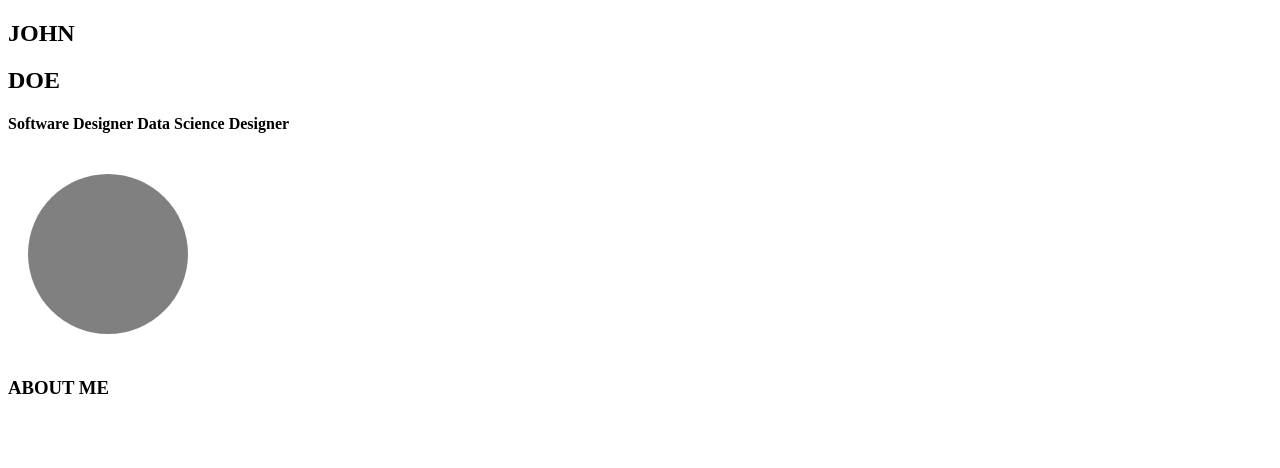
Repository: mrjayajay/week-1-code-challenges
Page: nasir/index.html
The author's editor kept a copy of each file at every save. The page is drawn from the files as they stood at one save, then again after the next save.
The browser window is 1280 px wide. The pictures show the whole page.

Above is the page before, as saved 2024-03-07 19:23:08.

### nasir/index.html
<!DOCTYPE html>
<html lang="en">
<head>
    <meta charset="UTF-8">
    <meta name="viewport" content="width=device-width, initial-scale=1.0">
    <title>Assignment</title>
</head>
<body>
    <h2>JOHN</h2>
    <h2>DOE</h2>
    <h4>Software Designer     Data Science     Designer</h4>
    <svg width="200" height="200">
     <circle cx="100" cy="100" r="80" fill="grey" stroke="black" stroke-width="0"/></svg>
     <h3>ABOUT ME</h3>

</body>
</html>

After the next save:
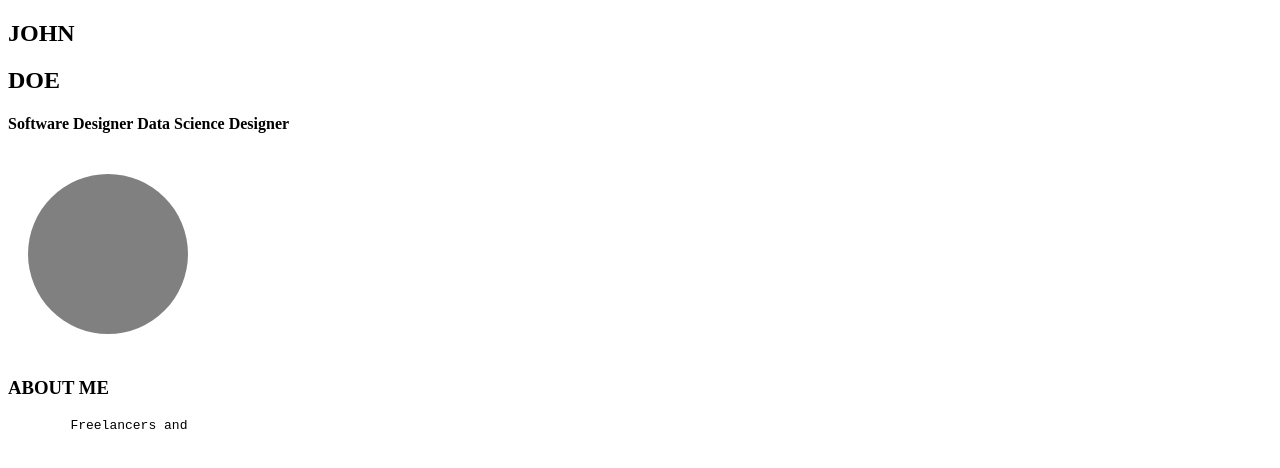
Saved 36 s later.
--- a/nasir/index.html
+++ b/nasir/index.html
@@ -12,6 +12,8 @@
     <svg width="200" height="200">
      <circle cx="100" cy="100" r="80" fill="grey" stroke="black" stroke-width="0"/></svg>
      <h3>ABOUT ME</h3>
-
+     <pre>
+        Freelancers and
+     </pre>
 </body>
 </html>
